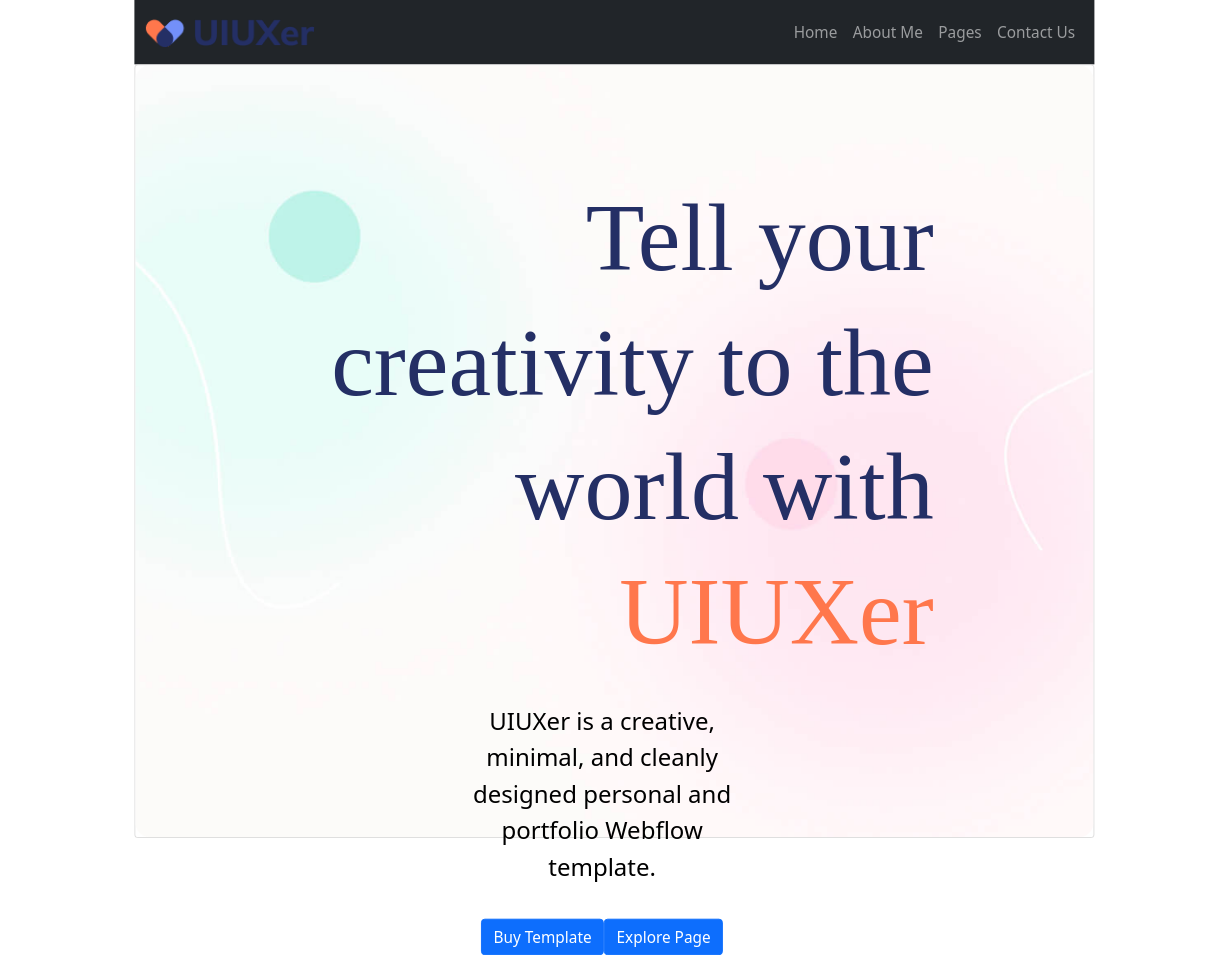
Repository: saidabbasun/UIUXer
Page: /
An editor plug-in stored every save of this project. The page is shown before and after the next save, followed by the edit.
The browser window is 1280 px wide. The pictures show the whole page, at 96% of full size.
The project was rebuilt for these pictures with package versions that can differ from the ones it lists, and the page was loaded fresh each time.

Above is the page before, as saved 2022-06-22 02:14:43.

### src/App.js

import { Container } from 'react-bootstrap';


import Header from './Components/Header';
import Home from './Components/Home';
import 'bootstrap/dist/css/bootstrap.min.css';
function App() {
  return (
   <Container fluid  style={{width:'80vw'}}  >
    <Header/>
    <Home/>
   </Container>
  );
}

export default App;

### src/Components/Header.jsx
import Container from 'react-bootstrap/Container';
import Nav from 'react-bootstrap/Nav';
import Navbar from 'react-bootstrap/Navbar';

import Logo from '../assets/images/logo.png'
function Header() {
  return (
    <Navbar  collapseOnSelect expand="lg" bg="dark" variant="dark">
      <Container fluid >
        <Navbar.Brand href="#home">
            <img src={Logo} alt="logo" />
        </Navbar.Brand>
        <Navbar.Toggle aria-controls="responsive-navbar-nav" />
        <Navbar.Collapse id="responsive-navbar-nav">
          <Nav className="me-auto">

          </Nav>
          <Nav>
            <Nav.Link href="#home">Home</Nav.Link>
            <Nav.Link eventKey={2} href="#about">
            About Me
            </Nav.Link>
            <Nav.Link eventKey={3} href="#pages">
            Pages
            </Nav.Link>
            <Nav.Link eventKey={4} href="#contact">
            Contact Us
            </Nav.Link>
          </Nav>
        </Navbar.Collapse>
      </Container>
    </Navbar>
  );
}

export default Header;

### src/Components/Home.jsx
import Button from 'react-bootstrap/Button';
import React from 'react'
import Card from 'react-bootstrap/Card';
import bgHome from '../assets/images/bghome.png';
import '../Stayls/Home.scss'
const Home = () => {
  return (
    <Card className="text-black homeCard text-center">
      <Card.Img src={bgHome} alt="Card image" />
      <Card.ImgOverlay className='cardImgOverlay' >
        <Card.Title className='title text-end'>Tell your creativity to the   world with <span className='logoText'>UIUXer</span></Card.Title>
        <Card.Text className='text'>
        UIUXer is a creative, minimal, and cleanly designed personal and portfolio Webflow template.
        </Card.Text>


        <Button variant="primary">Buy Template</Button>
        <Button variant="primary">Explore Page</Button>

      </Card.ImgOverlay>
    </Card>
  )
}

export default Home

### src/Stayls/Home.scss
@import "./variables";
.homeCard {
  .title {
    font-family: Fraunces;
    font-style: normal;
    font-size: 100px;
    line-height: 130px;

    color: $color_title;

  }
  .text{
padding: 20px 200px;
font-style: normal;
font-weight: 400;
font-size: 25px;
line-height: 38px;
  }

  .logoText {


    color: $color_btn;

  }
  .cardImgOverlay{
    padding: 16vh  13vw 15vh 11vw;
  }
}

### src/Stayls/_variables.scss
$color_title: #242F65;
$color_btn:#FF774C;
$color_home_btn:#7390F9;

Loaded but not shown: public/index.html (common file); src/index.js (common file)

After the next save:
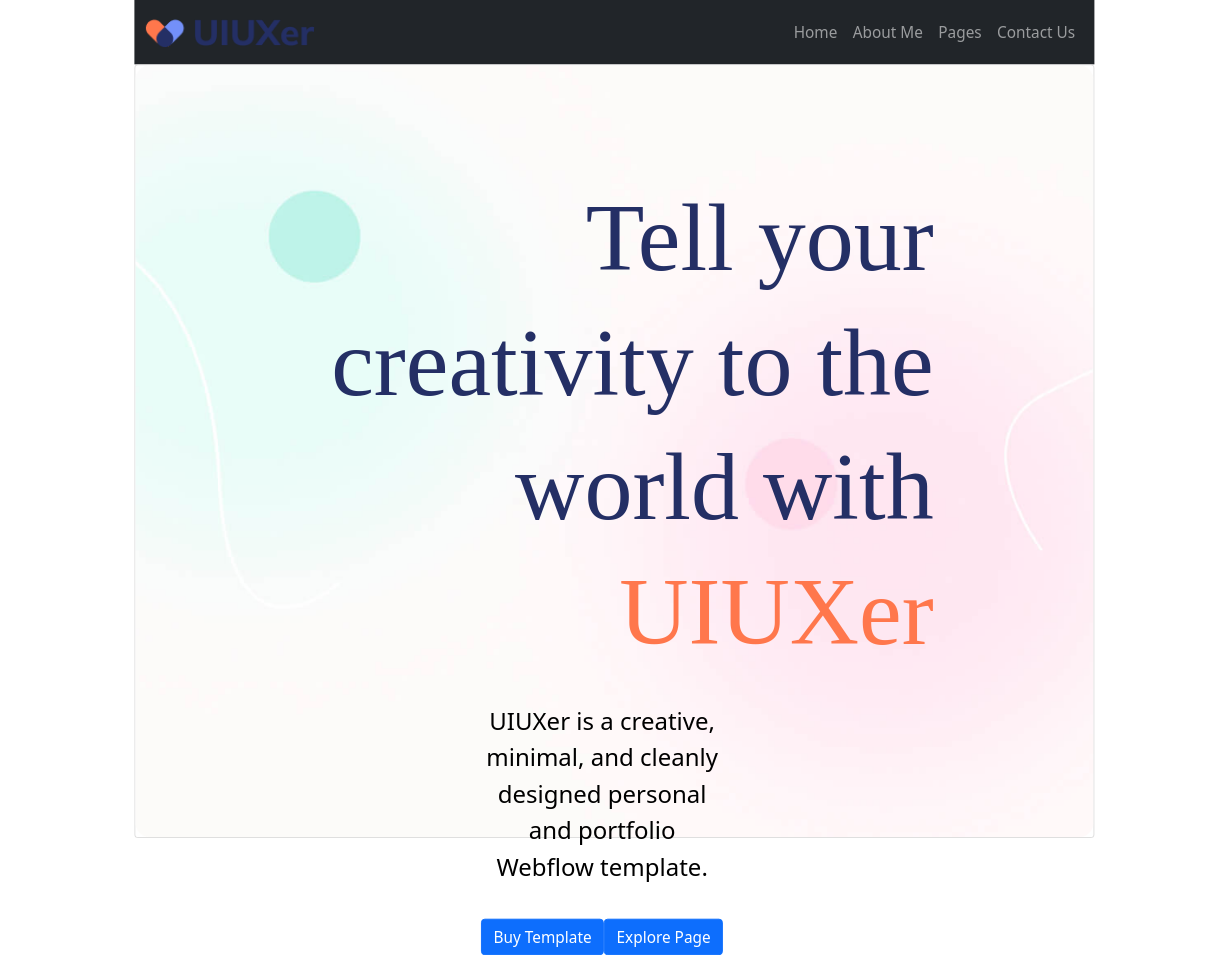
Saved 8 s later.
--- a/src/Stayls/Home.scss
+++ b/src/Stayls/Home.scss
@@ -10,7 +10,7 @@
 
   }
   .text{
-padding: 20px 200px;
+padding: 20px 220px;
 font-style: normal;
 font-weight: 400;
 font-size: 25px;
